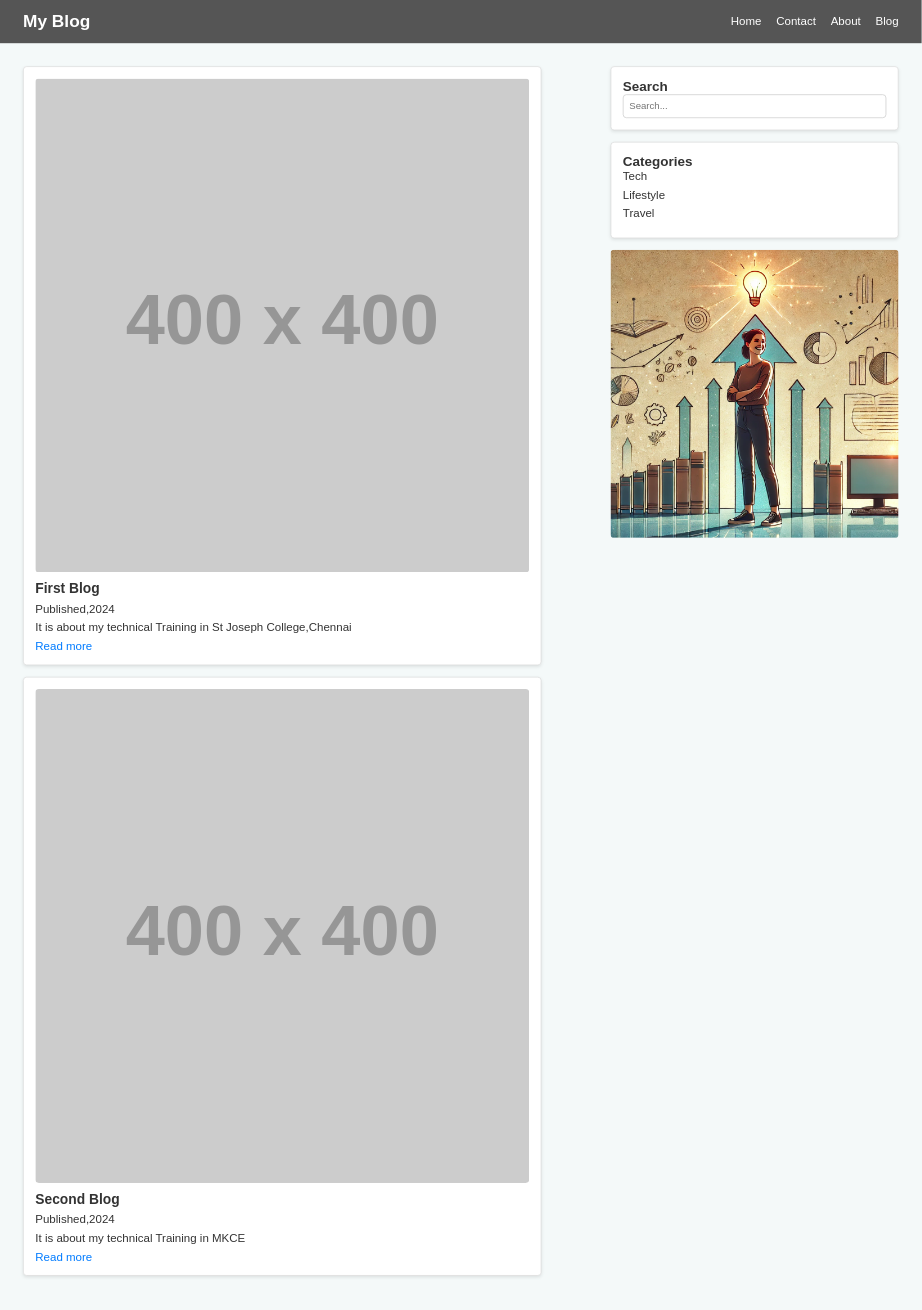
Repository: obusakthi539/Loginform
Page: Myblog.html
An editor plug-in stored every save of this project. The page is shown before and after the next save, followed by the edit.
The browser window is 1280 px wide. The pictures show the whole page, at 72% of full size.

Above is the page before, as saved 2025-01-12 16:56:30.

### Myblog.html
<!DOCTYPE html>
<html lang="en">
<head>
    <meta charset="UTF-8">
    <meta name="viewport" content="width=device-width, initial-scale=1.0">
    <title>My Blog</title>
    <style>
        * {
            margin: 0;
            padding: 0;
            box-sizing: border-box;
            font-family: Arial, sans-serif;
        }

        body {
            background-color: #f4f9f9;
            color: #333;
        }

        header {
            background-color: #555;
            color: #fff;
            padding: 1rem 2rem;
            display: flex;
            justify-content: space-between;
            align-items: center;
        }

        header h1 {
            font-size: 1.5rem;
        }

        nav a {
            color: #fff;
            text-decoration: none;
            margin-left: 1rem;
        }

        nav a:hover {
            text-decoration: underline;
        }

        .container {
            display: flex;
            padding: 2rem;
        }

        .left-section {
            flex: 2;
            padding-right: 1rem;
        }

        .right-section {
            flex: 1;
        }

        .blog-card {
            background-color: #fff;
            border: 1px solid #ddd;
            border-radius: 5px;
            padding: 1rem;
            margin-bottom: 1rem;
            box-shadow: 0 2px 5px rgba(0, 0, 0, 0.1);
            transition: transform 0.3s, box-shadow 0.3s;
            width: 90%; /* Adjusted width */
        }

        .blog-card:hover {
            transform: translateY(-5px);
            box-shadow: 0 5px 15px rgba(0, 0, 0, 0.2);
        }

        .blog-card h2 {
            font-size: 1.2rem;
            margin-bottom: 0.5rem;
        }

        .blog-card p {
            margin-bottom: 0.5rem;
        }

        .blog-card a {
            color: #007bff;
            text-decoration: none;
        }

        .blog-card a:hover {
            text-decoration: underline;
        }

        .blog-image {
            width: 100%;
            border-radius: 5px;
            margin-bottom: 0.5rem;
        }

        .search-box, .categories {
            background-color: #fff;
            border: 1px solid #ddd;
            border-radius: 5px;
            padding: 1rem;
            margin-bottom: 1rem;
            box-shadow: 0 2px 5px rgba(0, 0, 0, 0.1);
            transition: transform 0.3s, box-shadow 0.3s;
        }

        .search-box:hover, .categories:hover {
            transform: translateY(-5px);
            box-shadow: 0 5px 15px rgba(0, 0, 0, 0.2);
        }

        .search-box input {
            width: 100%;
            padding: 0.5rem;
            border: 1px solid #ccc;
            border-radius: 5px;
        }

        .categories ul {
            list-style: none;
        }

        .categories ul li {
            margin-bottom: 0.5rem;
        }

        .categories ul li a {
            color: #333;
            text-decoration: none;
        }

        .categories ul li a:hover {
            text-decoration: underline;
        }

        .image-section {
            margin-top: 1rem;
        }

        .image-section img {
            width: 100%;
            border-radius: 5px;
        }

    </style>
</head>
<body>
    <header>
        <h1>My Blog</h1>
        <nav>
            <a href="#">Home</a>
            <a href="#">Contact</a>
            <a href="#">About</a>
            <a href="#">Blog</a>
        </nav>
    </header>

    <div class="container">
        <!-- Left Section -->
        <div class="left-section">
            <div class="blog-card">
                <img class="blog-image" src="https://via.placeholder.com/400" alt="First Blog Image">
                <h2>First Blog</h2>
                <p>Published,2024</p>
                <p>It is about my technical Training in St Joseph College,Chennai</p>
                <a href="#">Read more</a>
            </div>

            <div class="blog-card">
                <img class="blog-image" src="https://via.placeholder.com/400" alt="Second Blog Image">
                <h2>Second Blog</h2>
                <p>Published,2024</p>
                <p>It is about my technical Training in MKCE</p>
                <a href="#">Read more</a>
            </div>
        </div>

        <!-- Right Section -->
        <div class="right-section">
            <div class="search-box">
                <h3>Search</h3>
                <input type="text" placeholder="Search...">
            </div>

            <div class="categories">
                <h3>Categories</h3>
                <ul>
                    <li><a href="#">Tech</a></li>
                    <li><a href="#">Lifestyle</a></li>
                    <li><a href="#">Travel</a></li>
                </ul>
            </div>

            <div class="image-section">
                <img src="person.webp" alt="Blog Image">
            </div>
        </div>
    </div>
</body>
</html>

After the next save:
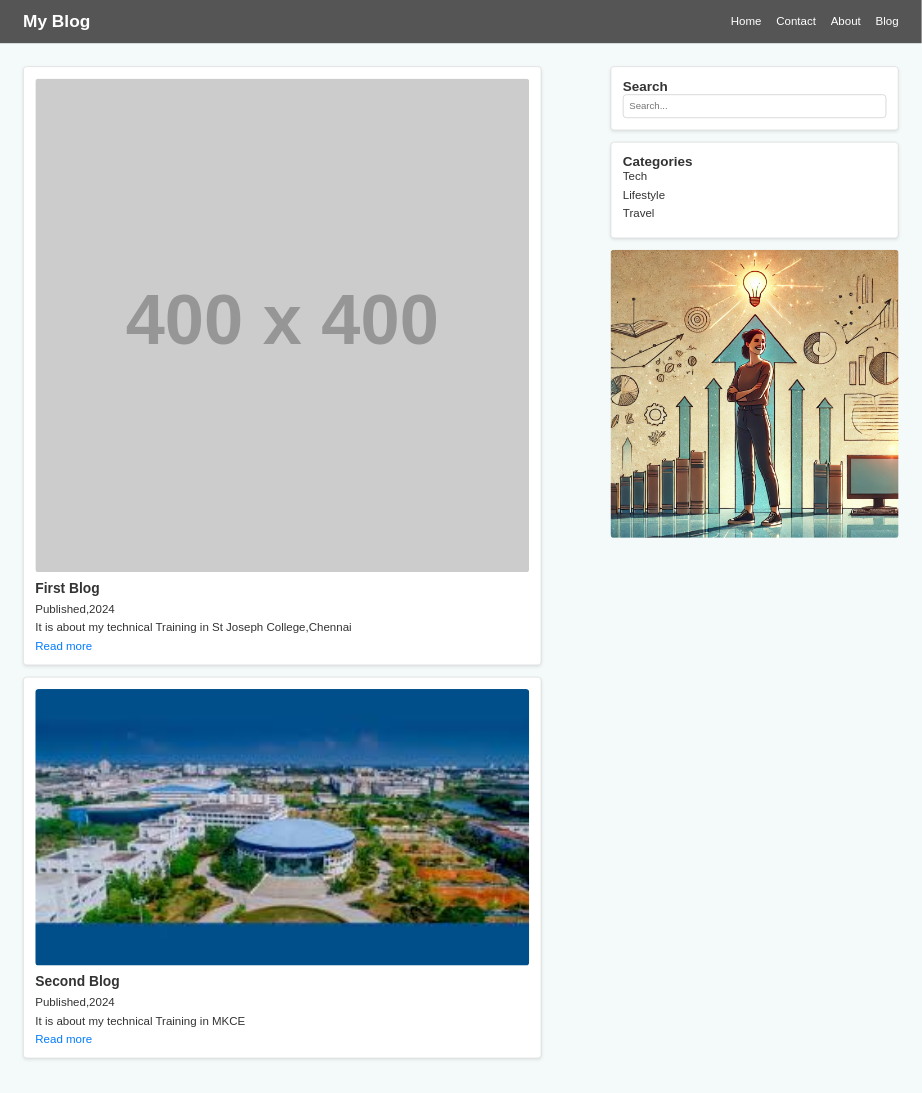
Saved 5 s later.
--- a/Myblog.html
+++ b/Myblog.html
@@ -167,7 +167,7 @@
             </div>
 
             <div class="blog-card">
-                <img class="blog-image" src="https://via.placeholder.com/400" alt="Second Blog Image">
+                <img class="blog-image" src="St joseph.jpg" alt="Second Blog Image">
                 <h2>Second Blog</h2>
                 <p>Published,2024</p>
                 <p>It is about my technical Training in MKCE</p>
